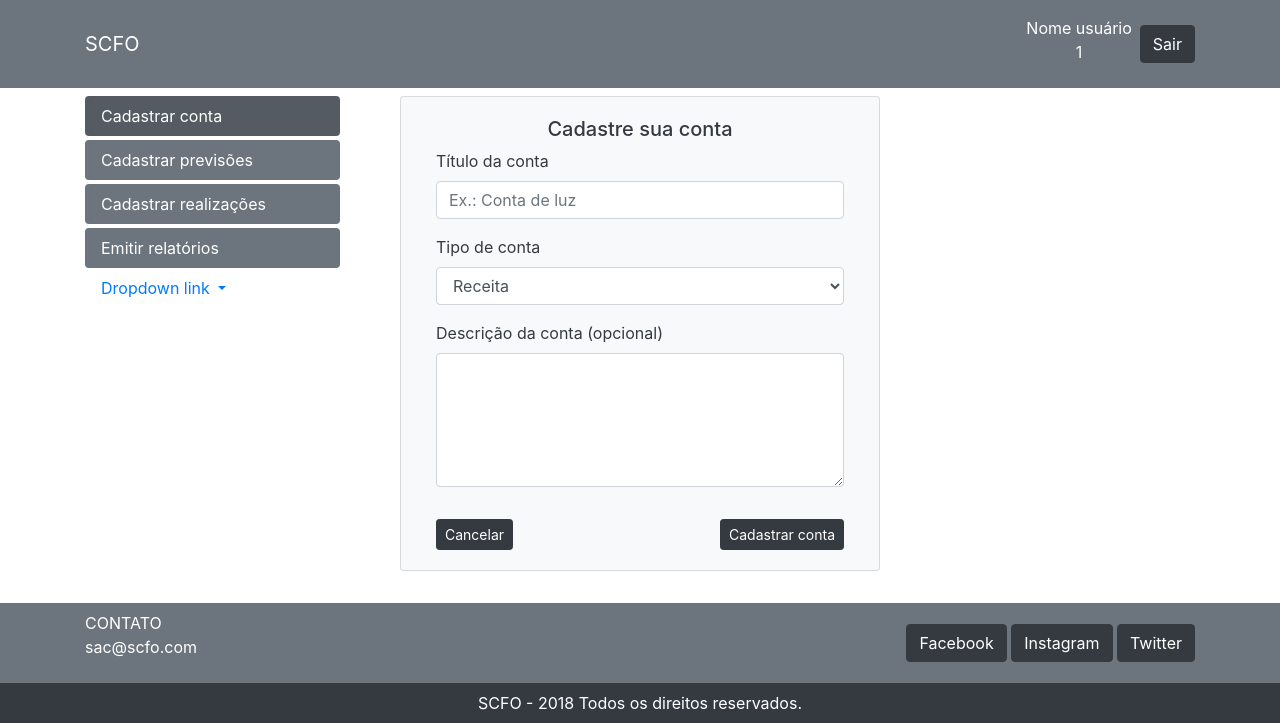
Repository: MaickSilva/scfoheroku
Page: http://localhost/cadastrarConta.php
The author's editor kept a record of every edit. The page is drawn from the files as they stood at one moment, then again after the next edit.
The browser window is 1280 px wide. The pictures show the whole page.
Some web libraries are served in a nearby version. The page is run by PHP 8.4 with error messages shown; the project is at /var/www/html/. The session is filled in as if someone had signed in: {"UsuarioLog": true, "cpf": 1, "senha": 1}.

Above is the page before.

After the next edit:
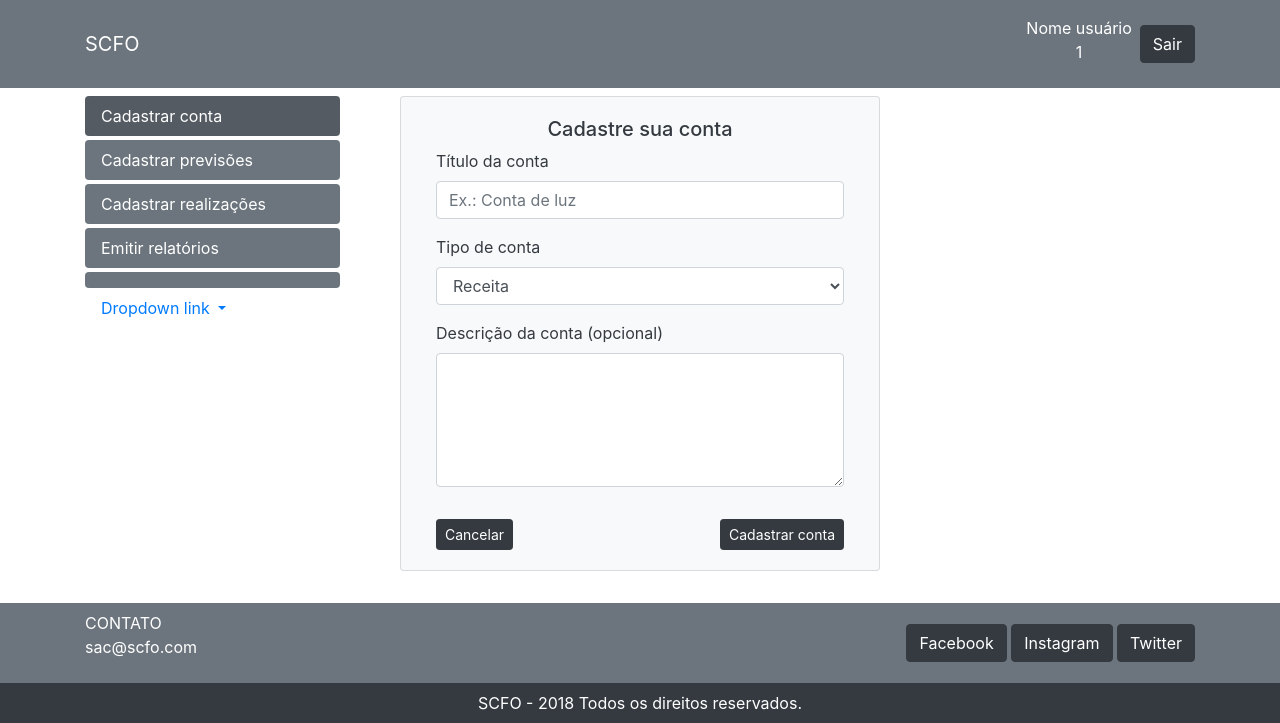
The edit:
--- a/workspace/cadastrarConta.php
+++ b/workspace/cadastrarConta.php
@@ -21,8 +21,8 @@
                     <a href="cadastrarPrevisao.php" class="nav-link btn-secondary mt-1" id="v-pills-profile-tab" href="#v-pills-profile" role="tab" aria-controls="v-pills-profile" aria-selected="false">Cadastrar previsões</a>
                     <a href="inserirValores.php" class="nav-link btn-secondary mt-1" id="inserirValores" role="tab" aria-controls="v-pills-valores" aria-selected="false">Cadastrar realizações</a>
                     <a href="emitirRelatorio.php" class="nav-link btn-secondary mt-1" id="v-pills-settings-tab" role="tab" aria-controls="v-pills-settings" aria-selected="false">Emitir relatórios</a>
-                    <li class="nav-item dropdown">
-                        <a class="nav-link dropdown-toggle" href="http://example.com" id="navbarDropdownMenuLink" data-toggle="dropdown" aria-haspopup="true"
+                    <a class="nav-link btn-secondary mt-1 dropdown" id="v-pills-settings-tab" role="tab" aria-controls="v-pills-settings" aria-selected="false">
+                        <a class="nav-link dropdown-toggle" href="#" id="navbarDropdownMenuLink" data-toggle="dropdown" aria-haspopup="true"
                             aria-expanded="false">
                         Dropdown link
                         </a>
